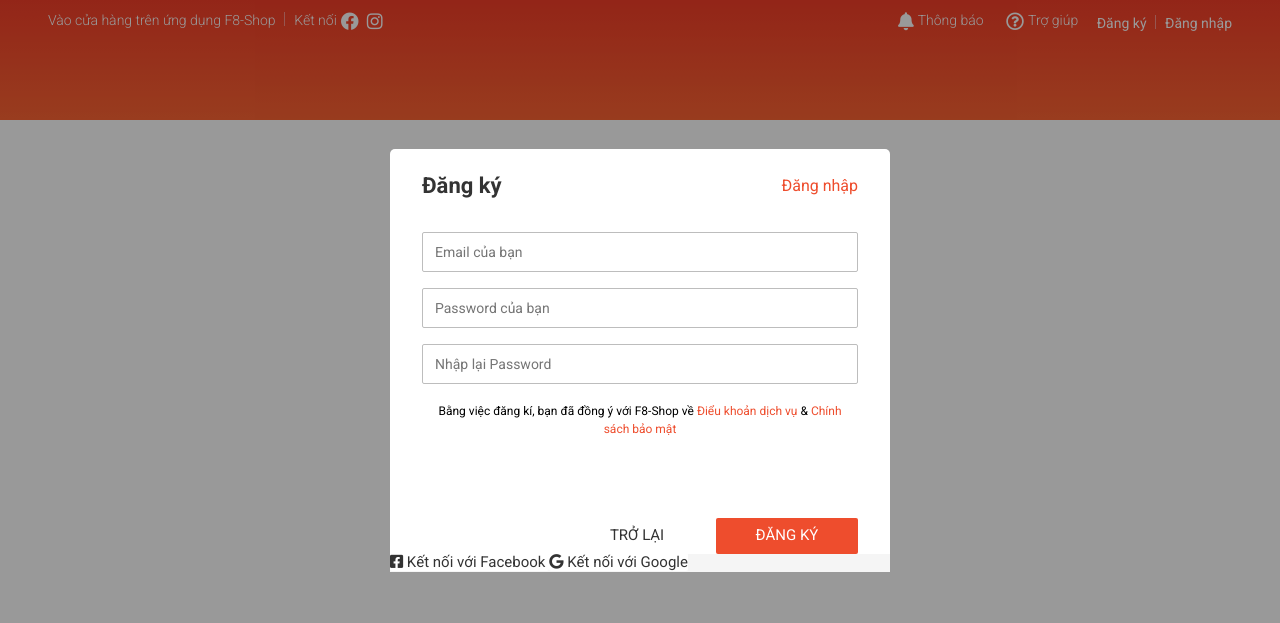
Repository: tvhoangit/tvhoangit.github.io
Page: Shoppe/index.html
The author's editor kept a copy of each file at every save. The page is drawn from the files as they stood at one save, then again after the next save.
The browser window is 1280 px wide. The pictures show the whole page.

Above is the page before, as saved 2021-10-17 11:37:29.

### Shoppe/index.html
<!DOCTYPE html>
<html lang="en">
<head>
    <meta charset="UTF-8">
    <meta http-equiv="X-UA-Compatible" content="IE=edge">
    <meta name="viewport" content="width=device-width, initial-scale=1.0">
    <title>Document</title>
    <link rel="stylesheet" href="https://cdnjs.cloudflare.com/ajax/libs/normalize/8.0.1/normalize.min.css">
    <link rel="stylesheet" href="./assets/css/base.css">
    <link rel="stylesheet" href="./assets/css/main.css">
    <link rel="stylesheet" href="./assets/fonts/fontawesome-free-5.15.4-web/fontawesome-free-5.15.4-web/css/all.min.css">
    <link href="https://fonts.googleapis.com/css2?family=Open+Sans&family=Roboto:wght@300;400;500;700;900&display=swap" rel="stylesheet">
</head>
<body>

    <div class="app">
        <header class="header">
            <div class="grid">
                <nav class="header__navbar">
                    <ul class="header__navbar-list">
                        <li class="header__navbar-item header__navbar-item--qr header__navbar-item--separate">
                            Vào cửa hàng trên ứng dụng F8-Shop
                            <div class="header__qr">
                                <img src="./assets/img/QR.png" alt="QR code" class="header__qr-img">
                                <div class="header__qr-apps">
                                    <a href="" class="header__qr-link">
                                        <img src="./assets/img/gg_play.jpg" alt="GG Play" class="header__qr-dowload-img">
                                    </a>
                                    <a href="" class="header__qr-link">
                                        <img src="./assets/img/apstore.jpg" alt="ApStore" class="header__qr-dowload-img">
                                    </a>
                                </div>
                            </div>
                        </li>
                        <li class="header__navbar-item">
                            <span class="header__navbar-title--no-pointer">Kết nối</span>
                            <a href="" class="header__navbar-icon-link">
                                <i class="header__navbar--icon fab fa-facebook"></i>
                            </a>
                            <a href="" class="header__navbar-icon-link">
                                <i class="header__navbar--icon fab fa-instagram"></i>
                            </a>
                        </li>
                    </ul>

                    <ul class="header__navbar-list">
                        <li class="header__navbar-item header__navbar-item--has-notify">
                            <i class="header__navbar--icon fas fa-bell"></i>
                            <a href="" class="header__navbar-item-link">Thông báo</a>
                            <div class="header__notify">
                                <header class="header__notify--header">
                                    <h3>Thông báo mới nhận</h3>
                                </header>
                                <ul class="header__notify-list">
                                    <li class="header__notify-item header__notify-item--viewed">
                                        <a href="" class="header__notify-link">
                                            <span>
                                                <img src="./assets/img/myphamohui.png" alt="" class="header__notify-img">
                                            </span>
                                            <div class="header__notify-info">
                                                <span class="header__notify-name">Mỹ phẩm Ohui chính hãng</span>
                                                <span class="header__notify-description">Mô tả</span>
                                            </div>
                                        </a>
                                    </li>
                                    <li class="header__notify-item">
                                        <a href="" class="header__notify-link">
                                            <span>
                                                <img src="./assets/img/myphamohui.png" alt="" class="header__notify-img">
                                            </span>
                                            <div class="header__notify-info">
                                                <span class="header__notify-name">Mỹ phẩm Ohui chính hãng</span>
                                                <span class="header__notify-description">Mô tả</span>
                                            </div>
                                        </a>
                                    </li>
                                    <li class="header__notify-item">
                                        <a href="" class="header__notify-link">
                                            <span>
                                                <img src="./assets/img/myphamohui.png" alt="" class="header__notify-img">
                                            </span>
                                            <div class="header__notify-info">
                                                <span class="header__notify-name">Mỹ phẩm Ohui chính hãng</span>
                                                <span class="header__notify-description">Mô tả</span>
                                            </div>
                                        </a>
                                    </li>
                                </ul>
                                <div class="header__notify-footer">
                                    <a href="" class="header__notify-footer-btn">Xem tất cả</a>
                                </div>
                            </div>
                        </li>
                        <li class="header__navbar-item">
                            <i class="header__navbar--icon far fa-question-circle"></i>
                            <a href="" class="header__navbar-item-link">Trợ giúp</a>
                        </li>
                        <li class="header__navbar-item header__navbar-item--strong header__navbar-item--separate">Đăng ký</li>
                        <li class="header__navbar-item header__navbar-item--strong">Đăng nhập</li>
                    </ul>
                </nav>
            </div>
        </header>
    </div>
    <div class="container">


    </div>
    <div class="footer">

    </div>


    <!-- Form Đăng ký đăng nhập -->
    <div class="modal">
        <div class="modal__overlay">

        </div>
        <div class="modal__body">
                <!-- authen form -->
            <div class="auth-form">
                <div class="auth-form__container">
                    <div class="auth-form__header">
                        <h3 class="auth-form__heading">Đăng ký</h3>
                        <span class="auth-form__switch-btn">Đăng nhập</span>
                    </div>
                    <div class="auth-form__form">
                        <div class="auth-form__group">
                            <input type="text" class="auth-form__input" placeholder="Email của bạn">
                        </div>
                        <div class="auth-form__group">
                            <input type="password" class="auth-form__input" placeholder="Password của bạn">
                        </div>
                        <div class="auth-form__group">
                            <input type="password" class="auth-form__input" placeholder="Nhập lại Password">
                        </div>
                    </div>
                    <div class="auth-form__aside">
                        <p class="auth-form__policy-text">
                            Bằng việc đăng kí, bạn đã đồng ý với F8-Shop về
                            <a href="" class="auth-form__text-link">Điểu khoản dịch vụ </a>&
                            <a href="" class="auth-form__text-link">Chính sách bảo mật</a>
                        </p>
                    </div>
                    <div class="auth-form__controls">
                        <button class="btn auth-form__controls-back">TRỞ LẠI</button>
                        <button class="btn btn--primary">ĐĂNG KÝ</button>
                    </div>
                </div>
                <div class="auth-form__socials">
                    <a href="" class="btn btn--width-icon">
                        <i class="fab fa-facebook-square"></i>
                        Kết nối với Facebook
                    </a>
                    <a href="" class="btn btn--width-icon">
                        <i class="fab fa-google"></i>
                        Kết nối với Google
                    </a>
                </div>
            </div>
        </div>
    </div>

</body>
</html>

### Shoppe/assets/css/base.css
:root{
    --primary-color: #EE4D2D;
    --white-color: #fff;
    --black-color: #000;
    --text-color: #333;
    --border-color: #bdbdbd;
}

*{
    box-sizing: inherit;
}

html{
    font-size: 62.5%;
    line-height: 1.6rem;
    font-family: 'Roboto', sans-serif;
    box-sizing: border-box;
}

.grid{
    width: 1200px;
    max-width: 100%;
    margin: 0 auto;
}

.grid__full-width{
    width: 100%;
}

.grid__row{
    display: flex;
    flex-wrap: wrap;
}

/* Animation */
@keyframes fadeIn {
    from {
        opacity: 0;
    }
    to {
        opacity: 1;
    }
}
/* Modal */
.modal {
    position: fixed;
    top: 0;
    right: 0;
    bottom: 0;
    left: 0;
    display: flex;
}
.modal__overlay {
    position: absolute;
    width: 100%;
    height: 100%;
    background-color: rgba(0, 0, 0, 0.4);
}
.modal__body {
    background-color: var(--white-color);
    margin: auto;
    position: relative;
    z-index: 1;
    border-radius: 5px;
}

/* button style */
.btn {
    min-width: 142px;
    height: 36px;
    text-decoration: none;
    border: none;
    border-radius: 2px;
    font-size: 1.5rem;
    padding: 0;
    background-color: var(--white-color);
    outline: none;
    cursor: pointer;
    color: var(--text-color);
}
.btn:hover {
    background-color: rgba(0, 0, 0, 0.05);
}
.btn.btn--primary {
    background-color: var(--primary-color);
    color: var(--white-color);
}
.btn.btn--disabled {
    color: #949494;
    cursor: default;
    background-color: #c3c3c3;
}

### Shoppe/assets/css/main.css
.header {
    height: 120px;
    background-image: linear-gradient(0, #fe6433, #f53e28);
}
.header__navbar {
    display: flex;
    justify-content: space-between;
    padding-top: 8px;
}
.header__navbar-list {
    list-style: none;
    padding-left: 0;
    margin-top: 4px;
}
.header__navbar-item {
    display: inline-block;
    margin: 0 8px 0px 8px;
    position: relative;
    min-height: 26px;
}
.header__navbar-item--qr:hover .header__qr {
    display: block;
}
.header__navbar-item--has-notify:hover .header__notify {
    display: block;
}
.header__navbar-item,
.header__navbar-item-link {
    font-size: 1.4rem;
    color: var(--white-color);
    text-decoration: none;
    font-weight: 300;
}
.header__navbar-item:hover,
.header__navbar-icon-link:hover,
.header__navbar-item-link:hover {
    color: rgba(255, 255, 255, 0.7);
    cursor: pointer;
}
.header__navbar-item,
.header__navbar-item-link,
.header__navbar-icon-link{
    display: inline-flex;
    text-align: center;
}
.header__navbar-item--strong {
    font-weight: 400;
}
.header__navbar-item--separate::after {
    content: "";
    display: block;
    position: absolute;
    border-left: 1px solid #FB9086;
    height: 14px;
    right: -9px;
    top: 25%;
    transform: translateY(-50%);
}
.header__navbar-icon-link {
    color: var(--white-color);
    text-decoration: none;
}
.header__navbar--icon {
    font-size: 1.8rem;
    margin: 0 4px;
}
.header__navbar-title--no-pointer {
    cursor: text;
    color: var(--white-color);
}
.header__qr {
    width: 186px;
    background-color: var(--white-color);
    position: absolute;
    left: 0;
    top: 100%;
    padding: 8px;
    border-radius: 2px;
    display: none;
    animation: fadeIn ease 0.3s;
}
.header__qr-img {
    width: 100%;
}
.header__qr-apps {
    display: flex;
    justify-content: space-between;
}
.header__qr-link {
    margin: 0px 11px;
}
.header__qr-dowload-img {
    height: 15px;
}

/* Header notification */
.header__notify {
    position: absolute;
    top: 100%;
    width: 404px;
    right: 0;
    border: 1px solid #D3D3D3;
    background-color: var(--white-color);
    cursor: default;
    /* lấy tâm để dịch chuyển */
    transform-origin: calc(100% - 20px) top;
    animation: headerNotifyGrowth ease-in 0.2s;
    /* nói cho web biết thuộc tính gì sẽ thay đổi để tối ưu hơn */
    will-change: opacity, transform;
    display: none;
}
.header__notify::before {
    content: "";
    border-width: 20px 27px;
    border-style: solid;
    border-color: transparent transparent var(--white-color) transparent;
    position: absolute;
    right: 4px;
    top: -30px;
}
@keyframes headerNotifyGrowth {
    from {
        opacity: 0;
        transform: scale(0);
    }
    to {
        opacity: 1;
        transform: scale(1);
    }
}
.header__notify--header {
    height: 40px;
    background-color: var(--white-color);
    margin-top: -15px;
}
.header__notify--header h3 {
    color: #999;
    margin-right: 237px;
    font-weight: 400;
    font-size: 1.5rem;
    line-height: 40px;

}
.header__notify-list {
    padding-left: 0;
}
.header__notify-item {
    display: flex;
}
.header__notify-item:hover {
    background-color: #f7f7f7;
}
.header__notify-item--viewed {
    background-color: rgba(238,75,43,0.08);
}
.header__notify-link {
    display: flex;
    width: 100%;
    padding: 12px;
    text-decoration: none;
}
.header__notify-img {
    width: 48px;
}
.header__notify-info {
    margin-left: 12px;
}
.header__notify-name {
    display: block;
    font-size: 1.4rem;
    color: var(--text-color);
    font-weight: 400;
    line-height: 1.8rem;
}
.header__notify-description {
    display: block;
    font-size: 1.2rem;
    line-height: 1.6rem;
    color: #756F6E;
    text-align: left;
    margin-top: 4px;;
}
.header__notify-footer {
    height: 40px;
}
.header__notify-footer-btn {
    text-decoration: none;
    line-height: 40px;
    color: var(--text-color);
    padding: 8px 32px;
    font-weight: 400;
}

/* Authen modal */
.auth-form {
    width: 500px;
}
.auth-form__container {
    padding: 0 32px;
}
.auth-form__header {
    display: flex;
    align-items: center;
    justify-content: space-between;
    padding-top: 7px;
}
.auth-form__heading {
    font-size: 2.2rem;
    font: weight 400px;
    color: var(--text-color);
}
.auth-form__switch-btn {
    font-size: 1.6rem;
    color: var(--primary-color);
    font-weight: 400;
    cursor: pointer;
}
.auth-form__form {
}
.auth-form__input {
    width: 100%;
    height: 40px;
    margin-top: 16px;
    padding: 0 12px;
    font-size: 1.4rem;
    border: 1px solid var(--border-color);
    border-radius: 2px;
    outline: none;
}
.auth-form__input:focus {
    border-color: #888;
}
.auth-form__aside {
    margin-top: 18px;
}
.auth-form__policy-text {
    font-size: 1.2rem;
    line-height: 1.8rem;
    text-align: center;
    padding: 0 12px;
}
.auth-form__text-link {
    text-decoration: none;
    color: var(--primary-color);
}
.auth-form__controls {
    margin-top: 80px;
    display: flex;
    justify-content: flex-end;
}
.auth-form__controls-back {
    margin-right: 8px;
}
.auth-form__socials {
    background-color: #f5f5f5;
}

Loaded but not shown: Shoppe/assets/fonts/fontawesome-free-5.15.4-web/fontawesome-free-5.15.4-web/css/all.min.css (library)

After the next save:
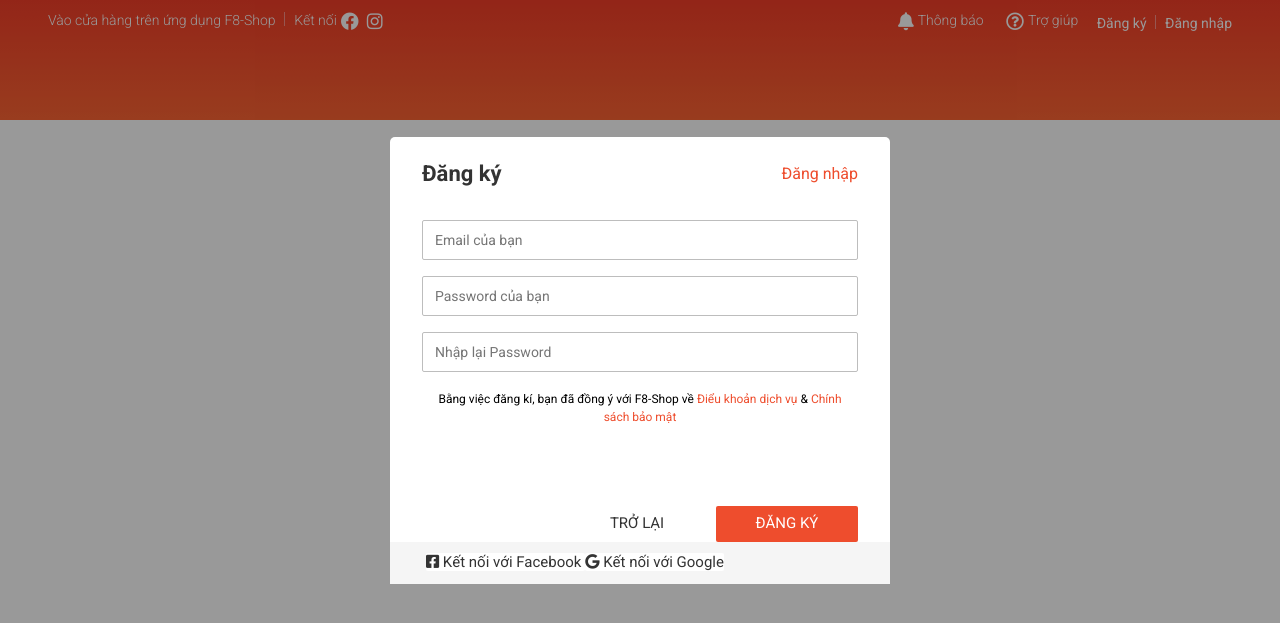
Saved 58 s later.
--- a/Shoppe/assets/css/main.css
+++ b/Shoppe/assets/css/main.css
@@ -252,5 +252,6 @@
     margin-right: 8px;
 }
 .auth-form__socials {
-    background-color: #f5f5f5;
-}
+    background-color: #F5F5F5;
+    padding: 12px 36px;
+}
